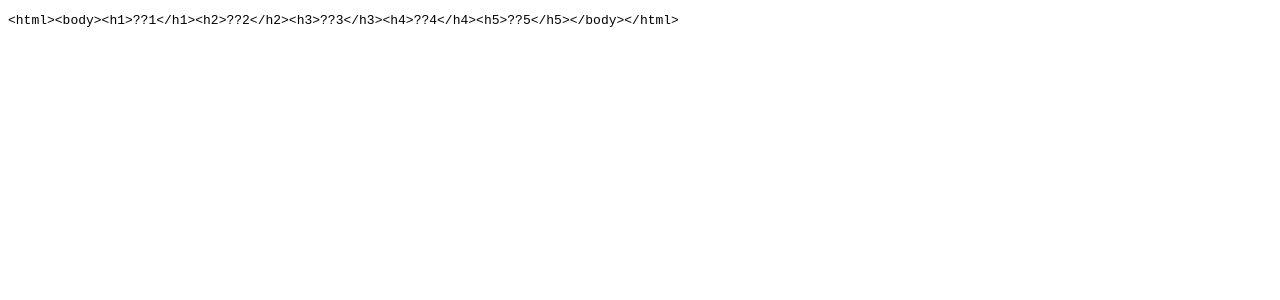
Repository: devfuturo/kosta_web
Page: http://localhost/back/response
These files come from the project's save history. The page is drawn as it stood at one moment and after the next save; the edit follows.
The browser window is 1280 px wide. The pictures show the whole page.
The page is served by Tomcat 9. Other server files are loaded and not shown.

Above is the page before, as saved 2022-06-13 06:25:41.

### back/src/main/java/com/my/control/ResponseServlet.java
package com.my.control;

import java.io.IOException;
import java.io.PrintWriter;

import javax.servlet.ServletException;
import javax.servlet.http.HttpServlet;
import javax.servlet.http.HttpServletRequest;
import javax.servlet.http.HttpServletResponse;

/**
 * Servlet implementation class ResponseServlet
 */
public class ResponseServlet extends HttpServlet {
	private static final long serialVersionUID = 1L;

	/**
	 */
	protected void doGet(HttpServletRequest request, HttpServletResponse response) throws ServletException, IOException {
		//응답형식 설정 : MIME (text/plain, text.html, application/json)
		//Multipurpose Internet Mail Extensions - 전자 우편을 위한 인터넷 표준 포맷이다.
		//이런 포맷으로 응답할거야.라는 뜻으로 가장 먼저 해야함
		response.setContentType("text/plain, text.html;charset=UTF-8");

		//응답출력스트림 얻기
		PrintWriter out = response.getWriter(); // 문자로 변환해서 출력 해 주는 메서드 printWriter

		// 응답출력스트림에 쓰기
		// System.out의 자료형은 PrintStream
		out.print("<html>");
		out.print("<body>"); // out.print로 응답할 내용 만들어냄
		for(int i=1; i<=5; i++) {
			out.print("<h" + i +">");
			out.print("제목" + i);
			out.print("</h" + i + ">");
		}
		out.print("</body>");
		out.print("</html>");

	}

}

After the next save:
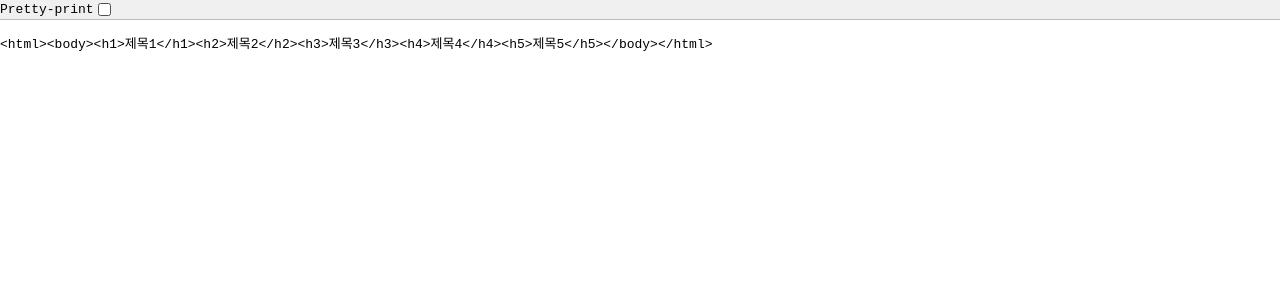
Saved 11 s later.
--- a/back/src/main/java/com/my/control/ResponseServlet.java
+++ b/back/src/main/java/com/my/control/ResponseServlet.java
@@ -20,7 +20,7 @@ public class ResponseServlet extends HttpServlet {
 		//응답형식 설정 : MIME (text/plain, text.html, application/json)
 		//Multipurpose Internet Mail Extensions - 전자 우편을 위한 인터넷 표준 포맷이다.
 		//이런 포맷으로 응답할거야.라는 뜻으로 가장 먼저 해야함
-		response.setContentType("text/plain, text.html;charset=UTF-8");
+		response.setContentType("application/json;charset=UTF-8");
 
 		//응답출력스트림 얻기
 		PrintWriter out = response.getWriter(); // 문자로 변환해서 출력 해 주는 메서드 printWriter
